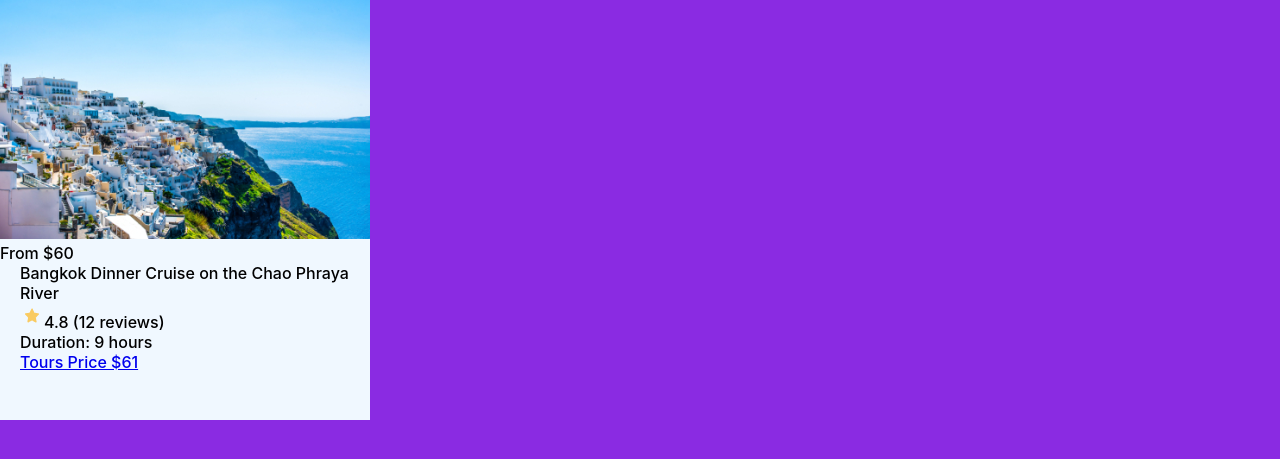
Repository: nguyentuankiet-k61/K_IT-demo
Page: index.html
The author's editor kept a copy of each file at every save. The page is drawn from the files as they stood at one save, then again after the next save.
The browser window is 1280 px wide. The pictures show the whole page.
Some web fonts or font styles are not loaded; a fallback is used.

Above is the page before, as saved 2022-09-25 12:26:24.

### index.html
<!DOCTYPE html>
<html lang="en">
<head>
    <meta charset="UTF-8">
    <meta http-equiv="X-UA-Compatible" content="IE=edge">
    <meta name="viewport" content="width=device-width, initial-scale=1.0">
    <title>HTML CSS Master</title>
    <link rel = "preconnect" href = "https://fonts.googleapis.com">
    <link rel = "preconnect" href = "https://fonts.gstatic.com" crossorigin>
    <link href = "https: //fonts.googleapis.com/css2? family = Inter: wght @ 500; 600 & display = swap "rel =" stylesheet ">
    <link rel="stylesheet" href="./CSS/app.css">
</head>
<body>
 <div class="">
    <div class="Tours">
        <!-- <div class="Tours_top">
            <img src="./image/img1.png" alt="this_is_image"/>From $40
        </div>
        <div class="Tours_content">

            <div class="Tours_titlle">Thailands Ayutthaya Temples
                Cruise from Bangkok</div>

            <div class="Tours_ratting">
                <div class="Tours_review">
                    <div class="Tours_review_count">
                        <img src="./image/img-star.png" alt="tours-ratting"/>4.8 (12 reviews)
                    </div>
                    <div class="Tours_Duration">Duration: 9 hours</div>
                </div>
            </div>
            <a href="https://www.facebook.com/kutooo" target="_blank"
            rel="noopener noreferrer" class="Tours-botton">Tours Price $61</a></br>
        <div class="Tours_top">
            <img src="./image/img1.png" alt="this_is_image"/>From $70
        </div>
        <div class="Tours_content">
            <div class="Tours_titlle">
                FLoating Markets Day Trip from
                Bangkok
            </div>
            <div class="Tours_ratting">
                <div class="Tours_review_count">
                    <img src="./image/img-star.png" alt="tours-ratting"/>4.8 (12 reviews)

                </div>
                <div class="Tours_Duration">
                    Duration: 9 hours
                </div>
            </div>
            <a href="https://www.facebook.com/kutooo" target="_blank"
            rel="noopener noreferrer"
            class="Tours_botton">Tours Price $61</a></br>
        </div>
        </div> -->
        <div class="Tours_top">
            <img src="./image/img3.png" alt="this_is_image"/>From $60
             <div class="Tours_content">
                <div class="Tours_titlle">
                    Bangkok Dinner Cruise on the
                    Chao Phraya River
                </div>
                <div class="Tours_ratting">
                    <div class="Tours_review_count">
                        <img src="./image/img-star.png" alt="tours-ratting"/>4.8 (12 reviews)

                    </div>
                    <div class="Tours_Ducatiom">
                        Duration: 9 hours
                    </div>
                </div>
               <a href="https://www.facebook.com/kutooo" target="_blank"
               rel="noopener noreferrer"
               class="Tours_botton">Tours Price $61</a>
            </div>
        </div>
    </div>
 </div>
</body>
</html>

### CSS/app.css
*{
    margin: 0;
    padding: 0;
    box-sizing: border-box;
}
body{
    font-family: 'Inter', sans-serif;
    font-weight: 500;
    background-color: blueviolet;
}
.Tours{
    width: 370px;
    height: 420px;
    background-color: aliceblue;
}
.Tours_content{
    padding: 0px 20px 14px;
}

After the next save:
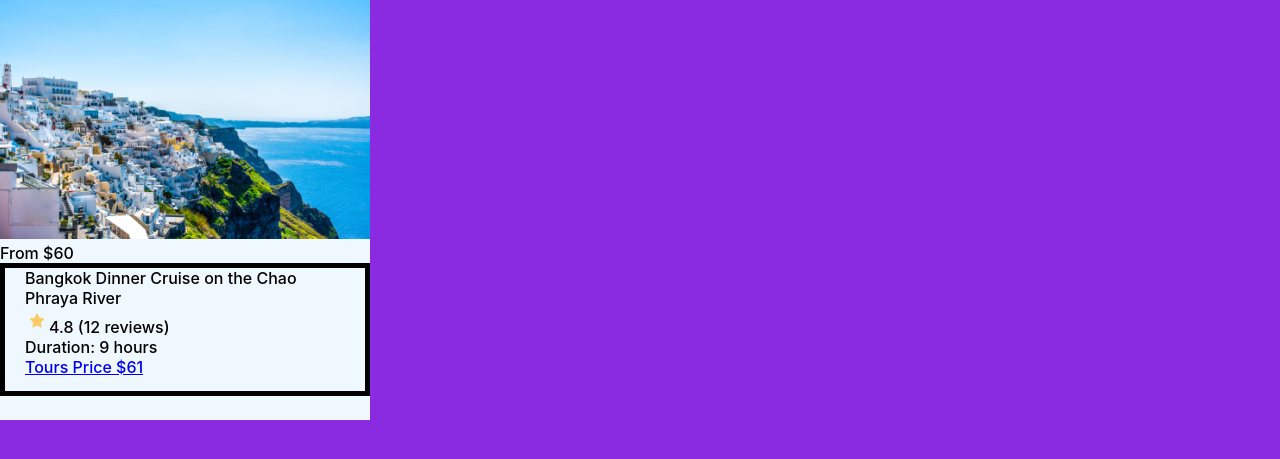
Saved 117 s later.
--- a/CSS/app.css
+++ b/CSS/app.css
@@ -15,4 +15,5 @@ body{
 }
 .Tours_content{
     padding: 0px 20px 14px;
+    border: 5px solid black;
 }
